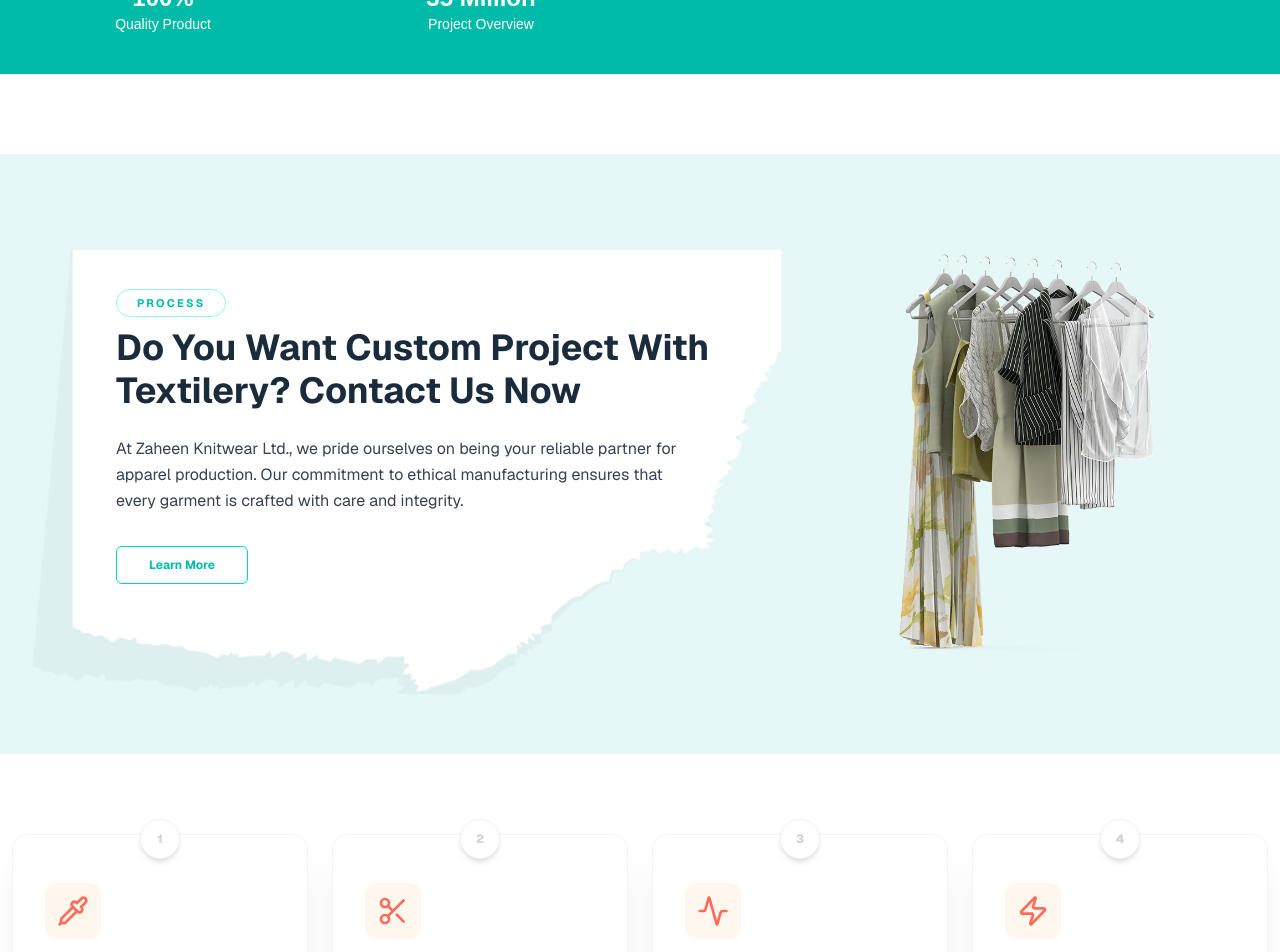
Repository: mdmuhibullahhabib/fullstack-assessment
Page: /
An editor plug-in stored every save of this project. The page is shown before and after the next save, followed by the edit.
The browser window is 1280 px wide. The pictures show the part of the page from y = 636 to 1588 px (the page is 3145 px tall before and 3195 px after).
The project was rebuilt for these pictures with package versions that can differ from the ones it lists, and the page was loaded fresh each time. The framework's server and built-in components were replaced by stand-ins that run in the browser. Also part of the build but not shown: next.config.mjs.

Above is the page before, as saved 2025-12-27 10:39:13.

### src/app/layout.js
import { Geist, Geist_Mono } from "next/font/google";
import "./globals.css";
import Navbar from "@/components/shared/Navbar";
import Footer from "@/components/shared/Footer";

const geistSans = Geist({
  variable: "--font-geist-sans",
  subsets: ["latin"],
});

const geistMono = Geist_Mono({
  variable: "--font-geist-mono",
  subsets: ["latin"],
});

export const metadata = {
  title: "Create Next App",
  description: "Generated by create next app",
};

export default function RootLayout({ children }) {
  return (
    <html lang="en">
      <body
        className={`${geistSans.variable} ${geistMono.variable} antialiased`}
      >
        <Navbar/>
        {children}
        <Footer/>
      </body>
    </html>
  );
}

### src/app/page.js
import Apparel from "@/components/home/Apparel";
import CustomProcess from "@/components/home/CustomProcess";
import Hero from "@/components/home/hero";
import Stats from "@/components/home/Stats";


export default function Home() {
  return (
    <>
      <Hero />
      <Stats />
      <CustomProcess />
      <Apparel />
    </>
  );
}

### src/components/shared/Navbar.jsx
"use client";

import Link from "next/link";
import { Menu, X, ShoppingCart, User } from "lucide-react";
import { useState } from "react";

export default function Navbar() {
  const [open, setOpen] = useState(false);

  return (
    <header className="w-full">
      {/* ===== Top Bar ===== */}
      <div className="bg-teal-500 text-white text-sm">
        <div className="max-w-7xl mx-auto flex justify-between items-center px-4 py-2">
          <p>📍 Kashimpur, Gazipur Sadar / Gazipur</p>
          <div className="flex items-center gap-4">
            <span>📞 +880 01713-027875</span>
            <div className="flex gap-2">
              <span>f</span>
              <span>x</span>
              <span>▶</span>
              <span>📷</span>
            </div>
          </div>
        </div>
      </div>

      {/* ===== Main Navbar ===== */}
      <div className="bg-white shadow">
        <div className="max-w-7xl mx-auto flex items-center justify-between px-4 py-4">

          {/* Logo */}
          <Link href="/" className="flex items-center gap-2">
            <div className="w-10 h-10 bg-green-500 rounded flex items-center justify-center text-white font-bold">
              Z
            </div>
            <span className="font-bold text-lg text-gray-800">
              Company
            </span>
          </Link>

          {/* Desktop Menu */}
          <nav className="hidden md:flex items-center gap-8 text-gray-700 font-medium">
            <Link href="/">Home</Link>
            <Link href="/about">About Us</Link>
            <Link href="/services">Our Services</Link>
            <Link href="/products">Our Products</Link>
            <Link href="/blogs">Blogs</Link>
          </nav>

          {/* Right Actions */}
          <div className="hidden md:flex items-center gap-4">
            <ShoppingCart className="cursor-pointer" />
            <div className="w-8 h-8 bg-red-500 rounded-full flex items-center justify-center text-white">
              M
            </div>
            <Link
              href="/contact"
              className="bg-orange-500 text-white px-4 py-2 rounded"
            >
              Contact Us
            </Link>
          </div>

          {/* Mobile Menu Button */}
          <button
            onClick={() => setOpen(!open)}
            className="md:hidden"
          >
            {open ? <X /> : <Menu />}
          </button>
        </div>

        {/* ===== Mobile Menu ===== */}
        {open && (
          <div className="md:hidden bg-white border-t">
            <nav className="flex flex-col gap-4 px-4 py-4 text-gray-700">
              <Link href="/">Home</Link>
              <Link href="/about">About Us</Link>
              <Link href="/services">Our Services</Link>
              <Link href="/products">Our Products</Link>
              <Link href="/blogs">Blogs</Link>

              <div className="flex items-center gap-4 pt-4">
                <ShoppingCart />
                <User />
                <Link
                  href="/contact"
                  className="bg-orange-500 text-white px-4 py-2 rounded"
                >
                  Contact Us
                </Link>
              </div>
            </nav>
          </div>
        )}
      </div>
    </header>
  );
}

### src/components/shared/Footer.jsx
import Image from "next/image";
import Link from "next/link";

export default function Footer() {
  return (
    <footer className="bg-[#f8f8f8] border-t">
      <div className="max-w-7xl mx-auto px-4 py-12">

        {/* ===== Top Section ===== */}
        <div className="grid grid-cols-1 md:grid-cols-4 gap-10">

          {/* Logo & Contact */}
          <div className="space-y-4">
            <div className="flex items-center gap-3">
              <Image src="/logo.png" alt="logo" width={48} height={48} />
              <Image src="/logo2.png" alt="logo2" width={48} height={48} />
            </div>

            <p className="text-sm text-gray-600 flex gap-2">
              📍 29 SE 2nd Ave, Miami, FL 33131, United States
            </p>
            <p className="text-sm text-gray-600">
              ✉ info@zaheen.com
            </p>
            <p className="text-sm font-semibold">
              📞 (+92) 3942 7879
            </p>
          </div>

          {/* Pages */}
          <div>
            <h4 className="font-semibold mb-4 uppercase text-sm">Pages</h4>
            <ul className="space-y-2 text-sm text-gray-600">
              <li><Link href="#">About Us</Link></li>
              <li><Link href="#">Our Services</Link></li>
              <li><Link href="#">Our Products</Link></li>
            </ul>
          </div>

          {/* Information */}
          <div>
            <h4 className="font-semibold mb-4 uppercase text-sm">Information</h4>
            <ul className="space-y-2 text-sm text-gray-600">
              <li><Link href="#">My Account</Link></li>
              <li><Link href="#">Corporate Enquiries</Link></li>
              <li><Link href="#">FAQs</Link></li>
            </ul>
          </div>
        </div>

        {/* ===== Payment Channels (SAME ROW STYLE) ===== */}
        <div className="mt-10">
          <h4 className="font-semibold text-sm mb-4">PAYMENT CHANNELS</h4>

          <div className="flex flex-wrap gap-3">
            {[
              "visa",
              "mastercard",
              "amex",
              "bKash",
              "nagad",
              "rocket",
              "upay",
              "tap",
              "citybank",
              "bracbank",
              "easternbank",
              "standardchartered",
            ].map((logo) => (
              <div
                key={logo}
                className="bg-white border rounded-md px-4 py-2 flex items-center justify-center"
              >
                <Image
                  src={`/payments/${logo}.png`}
                  alt={logo}
                  width={48}
                  height={28}
                  className="object-contain"
                />
              </div>
            ))}
          </div>
        </div>

        {/* ===== Bottom Bar ===== */}
        <div className="border-t mt-10 pt-6 flex flex-col md:flex-row justify-between items-center gap-4 text-sm text-gray-600">

          <p>
            Copyright ©{" "}
            <span className="text-orange-500 font-medium">
              360D Soul Limited
            </span>{" "}
            2025. All rights reserved.
          </p>

          <div className="flex gap-4 text-lg">
            <span>f</span>
            <span>x</span>
            <span>📷</span>
          </div>

          <div className="flex gap-4">
            <Link href="#">Terms & Condition</Link>
            <Link href="#">Privacy & Policy</Link>
            <Link href="#">Refund Policy</Link>
          </div>
        </div>

      </div>
    </footer>
  );
}

### src/components/home/Apparel.jsx
export default function Apparel() {
  const products = [
    {
      name: "Denim Jacket",
      price: "$10.00",
      img: "https://images.unsplash.com/photo-1520975916090-3105956dac38",
    },
    {
      name: "Hoodie",
      price: "$12.00",
      img: "https://images.unsplash.com/photo-1520974735194-6c9c0c13ed3d",
    },
    {
      name: "T-Shirt",
      price: "$8.00",
      img: "https://images.unsplash.com/photo-1583743814966-8936f5b7be1a",
    },
  ];

  return (
    <section className="bg-gray-50 py-16">
      <div className="max-w-7xl mx-auto px-4">
        <h2 className="text-2xl font-bold mb-8">Our Apparels</h2>

        <div className="grid sm:grid-cols-2 md:grid-cols-3 gap-6">
          {products.map((p, i) => (
            <div key={i} className="bg-white border rounded overflow-hidden">
              <img src={p.img} className="h-56 w-full object-cover" />
              <div className="p-4">
                <h3 className="font-semibold">{p.name}</h3>
                <p className="text-sm text-gray-600">{p.price}</p>
                <button className="mt-3 w-full bg-teal-500 text-white py-2 rounded">
                  Add to Cart
                </button>
              </div>
            </div>
          ))}
        </div>
      </div>
    </section>
  );
}

### src/components/home/CustomProcess.jsx
"use client"
import Image from "next/image";
import { Scissors, Pipette, Zap, Activity, Repeat, ClipboardCheck, Box } from "lucide-react";
import bgImage from "../../../public/home/ProcessImage-1.png";
import rightImage from "../../../public/home/ProcessImage-2.png";

export default function CustomProcess() {
    const steps = [
        { number: 1, title: "Dyeing", desc: "Adding color to biodegradable materials.", icon: <Pipette className="w-8 h-8 text-[#FF6B5B]" /> },
        { number: 2, title: "Cutting", desc: "Eco-friendly clothing items for all shapes and sizes.", icon: <Scissors className="w-8 h-8 text-[#FF6B5B]" /> },
        { number: 3, title: "Sewing", desc: "Vouching for the ultimate sturdiness and durability of the fabric.", icon: <Activity className="w-8 h-8 text-[#FF6B5B]" /> },
        { number: 4, title: "Snipping of thread", desc: "A neat edge, a soft and smooth finish.", icon: <Zap className="w-8 h-8 text-[#FF6B5B]" /> },
        { number: 5, title: "Ironing", desc: "Ironing it before shipping.", icon: <Repeat className="w-8 h-8 text-[#FF6B5B]" /> },
        { number: 6, title: "Checking", desc: "Going through each clothing piece to ensure supreme quality standards are met.", icon: <ClipboardCheck className="w-8 h-8 text-[#FF6B5B]" /> },
        { number: 7, title: "Package", desc: "Folding and packing with the utmost care.", icon: <Box className="w-8 h-8 text-[#FF6B5B]" /> },
    ];

    return (
        <section className="bg-white py-20  font-sans">
            <div className=" mx-auto">

                {/* ===== TOP SECTION ===== */}
                <div className="relative bg-[#E6F7F8] overflow-hidden flex flex-col md:pl-8 md:py-[60px]  md:flex-row items-stretch mb-20 ">

                    {/* Left Content Box (White with bgImage and Torn Edge) */}
                    <div
                        className="relative w-full md:w-[60%] p-10 mt-9 md:pl-5 flex flex-col  items-start "
                        style={{
                            backgroundImage: `url(${bgImage.src})`,
                            backgroundSize: "cover",
                            backgroundPosition: "center",
                        }}
                    >
                        <div
                        className="ml-16"
                        >
                            <div className="mb-3">
                                <span className="px-5 py-1.5 rounded-full border border-teal-200 text-teal-500 text-[11px] font-bold uppercase tracking-[0.2em]">
                                    Process
                                </span>
                            </div>

                            <h3 className="text-3xl md:text-4xl font-bold text-[#1a2b3c] leading-[1.2] mb-6">
                                Do You Want Custom Project With Textilery? Contact Us Now
                            </h3>

                            <p className="text-gray-700 text-sm md:text-base leading-relaxed max-w-xl mb-8">
                                At Zaheen Knitwear Ltd., we pride ourselves on being your reliable partner for
                                apparel production. Our commitment to ethical manufacturing ensures that
                                every garment is crafted with care and integrity.
                            </p>

                            <button className="border-[1.5px] border-teal-400 text-teal-500 px-8 py-2.5 rounded-md font-bold text-xs hover:bg-teal-500 hover:text-white transition-all">
                                Learn More
                            </button>
                        </div>
                    </div>

                    {/* Right Content (Image of hanging clothes) */}
                    <div className="w-full md:w-[40%] relative flex items-center justify-center py-10">
                        <div className="relative w-[85%] h-[400px]">
                            <Image
                                src={rightImage}
                                alt="Clothing Preview"
                                fill
                                className="object-contain"
                                priority
                            />
                        </div>
                    </div>
                </div>

                {/* ===== PROCESS STEPS GRID ===== */}
                <div className="flex flex-wrap justify-center gap-6">
                    {steps.map((step, index) => (
                        <div
                            key={step.number}
                            className={`
                relative bg-white p-8 pt-12 rounded-2xl shadow-[0_15px_40px_-15px_rgba(0,0,0,0.1)]
                border border-gray-100 flex flex-col items-start transition-all hover:-translate-y-2
                w-full sm:w-[calc(50%-1.5rem)] lg:w-[calc(25%-1.5rem)]
                ${index >= 4 ? 'lg:translate-y-2' : ''}
              `}
                        >
                            {/* Step Number Circle */}
                            <div className="absolute -top-4 left-1/2 -translate-x-1/2 w-10 h-10 bg-white border border-gray-100 shadow-md rounded-full flex items-center justify-center text-xs font-black text-gray-300">
                                {step.number}
                            </div>

                            <div className="mb-6 bg-orange-50 p-3 rounded-xl">
                                {step.icon}
                            </div>

                            <h3 className="text-xl font-bold text-slate-800 mb-3">
                                {step.title}
                            </h3>
                            <p className="text-[14px] text-gray-500 leading-relaxed">
                                {step.desc}
                            </p>
                        </div>
                    ))}
                </div>

            </div>
        </section>
    );
}

### src/components/home/hero.jsx
export default function Hero() {
  return (
    <section className="relative bg-black text-white">
      <img
        src="https://images.unsplash.com/photo-1520975916090-3105956dac38"
        className="absolute inset-0 w-full h-full object-cover opacity-40"
      />

      <div className="relative max-w-7xl mx-auto px-4 py-28 grid md:grid-cols-2 gap-10">
        <div>
          <p className="text-sm uppercase mb-3 text-teal-400">
            Textile & Garments
          </p>
          <h1 className="text-4xl md:text-5xl font-bold mb-5">
            High-Quality Garments. <br /> Ethically Made.
          </h1>
          <p className="text-gray-300 mb-6">
            We manufacture premium garments using ethical and sustainable
            practices.
          </p>

          <div className="flex gap-4">
            <button className="bg-orange-500 px-6 py-3 rounded">
              Explore
            </button>
            <button className="border px-6 py-3 rounded">
              Contact Us
            </button>
          </div>
        </div>
      </div>
    </section>
  );
}

### src/components/home/Stats.jsx
export default function Stats() {
  const stats = [
    { title: "Quality Product", value: "100%" },
    { title: "Project Overview", value: "35 Million" },
  ];

  return (
    <section className="bg-teal-500 text-white">
      <div className="max-w-7xl mx-auto px-4 py-10 grid grid-cols-2 md:grid-cols-4 gap-6 text-center">
        {stats.map((s, i) => (
          <div key={i}>
            <h3 className="text-2xl font-bold">{s.value}</h3>
            <p className="text-sm">{s.title}</p>
          </div>
        ))}
      </div>
    </section>
  );
}

Loaded but not shown: src/app/globals.css (common file)

After the next save:
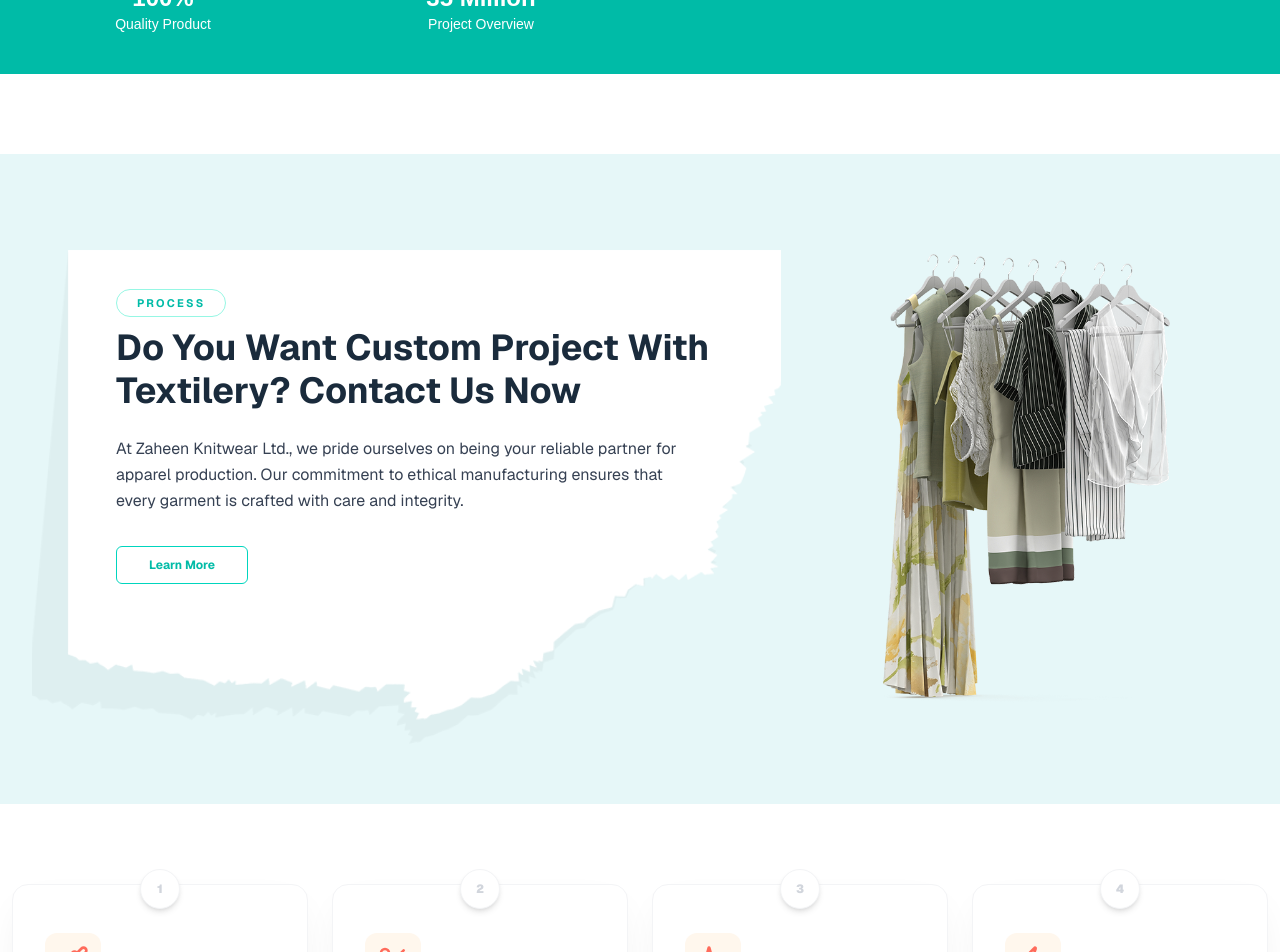
Saved 33 s later.
--- a/src/components/home/CustomProcess.jsx
+++ b/src/components/home/CustomProcess.jsx
@@ -58,7 +58,7 @@
 
                     {/* Right Content (Image of hanging clothes) */}
                     <div className="w-full md:w-[40%] relative flex items-center justify-center py-10">
-                        <div className="relative w-[85%] h-[400px]">
+                        <div className="relative w-[85%] h-[450px]">
                             <Image
                                 src={rightImage}
                                 alt="Clothing Preview"
